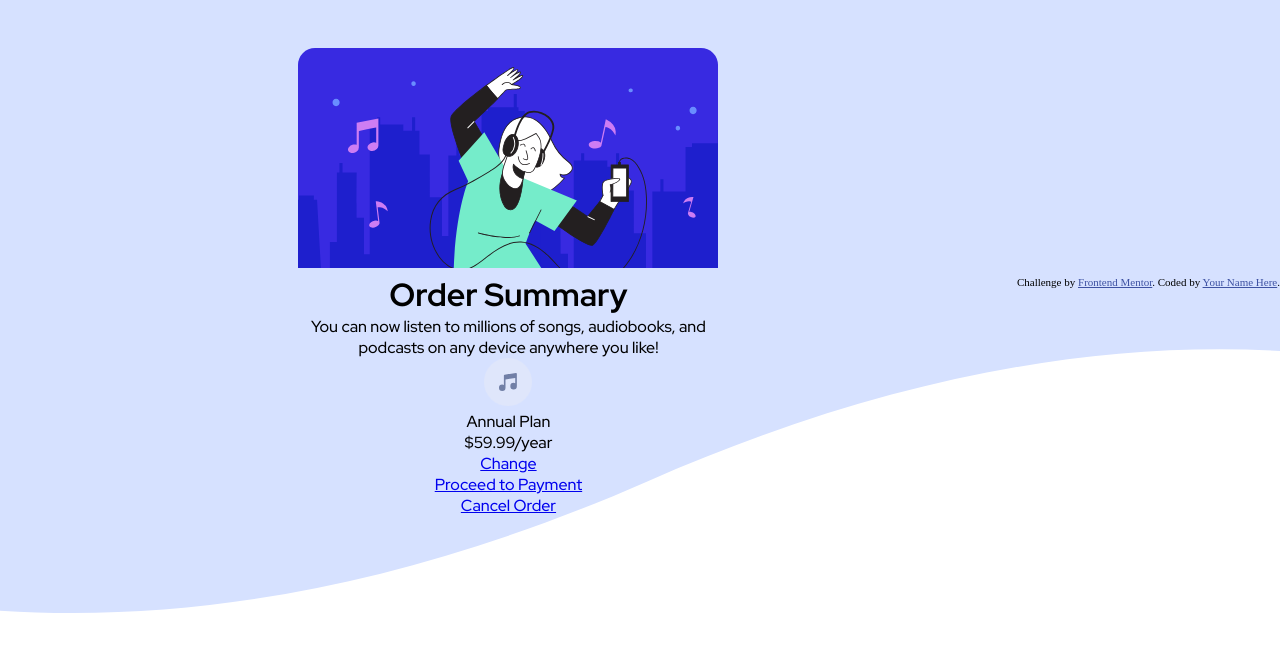
Repository: DejV44/order-summary-frontend
Page: index.html
An editor plug-in stored every save of this project. The page is shown before and after the next save, followed by the edit.
The browser window is 1280 px wide. The pictures show the whole page.
The style sheet was rebuilt from its Sass, Less or Tailwind sources for each picture, by a compiler version that may differ from the author's.

Above is the page before, as saved 2021-08-12 19:59:04.

### index.html
<!DOCTYPE html>
<html lang="en">
<head>
  <meta charset="UTF-8">
  <meta name="viewport" content="width=device-width, initial-scale=1.0">
  <link rel="stylesheet" href="css/style.css">

  <link rel="icon" type="image/png" sizes="32x32" href="./images/favicon-32x32.png">

  <title>Frontend Mentor | Order summary card</title>

</head>
<body>
  <div class="container">
    <div class="backgr">
      <img src="/images/illustration-hero.svg" alt="hero">
    </div>
    <div class="content">
      <h1>Order Summary</h1>
      <p>You can now listen to millions of songs, audiobooks, and podcasts on any
  device anywhere you like!</p>
    </div>
    <div class="price_container">
      <div class="annual">
        <img src="/images/icon-music.svg" alt="music">
        <p>Annual Plan</p>
        <p>$59.99/year</p>
      </div>
      <a href="#">Change</a>
    </div>
    <div class="button">
      <a href="#">Proceed to Payment</a>
    </div>
    <div class="cancel_button">
      <a href="#">Cancel Order</a>
    </div>

  </div>

  <div class="attribution">
    Challenge by <a href="https://www.frontendmentor.io?ref=challenge" target="_blank">Frontend Mentor</a>.
    Coded by <a href="#">Your Name Here</a>.
  </div>
</body>
</html>

### css/style.scss
* {
    margin: 0;
    padding: 0;
}
@import url('https://fonts.googleapis.com/css2?family=Red+Hat+Display:wght@500;700;900&display=swap');
@import "variables";
@import "mixins";

body {
    @include backgroundMob;
    display: flex;
    justify-content: center;
    align-items: center;
    margin: 2rem auto;
}

.container {
    @include container;
    @include border;

}





.attribution { font-size: 11px; text-align: center; }
.attribution a { color: hsl(228, 45%, 44%); }

### css/_variables.scss
// ---COLORS--

$Paleblue: hsl(225, 100%, 94%);
$Brightblue: hsl(245, 75%, 52%);
$VeryPaleBlue: hsl(225, 100%, 98%);
$Desaturatedblue: hsl(224, 41%, 36%);
$DarkBlue: hsl(223, 47%, 23%);

### css/_mixins.scss
@mixin fonts {
    font-family: 'Red Hat Display', sans-serif;
}

@mixin backgroundMob {
    background: url(/images/pattern-background-mobile.svg);
    background-repeat: no-repeat;
    background-size: cover;
    background-position: center;
}

@mixin container {
    max-width: 420px;
    margin: 1em auto;
    text-align: center;
    overflow: hidden;
    @include fonts;
}

@mixin border {
    border-radius: 17px;

}

After the next save:
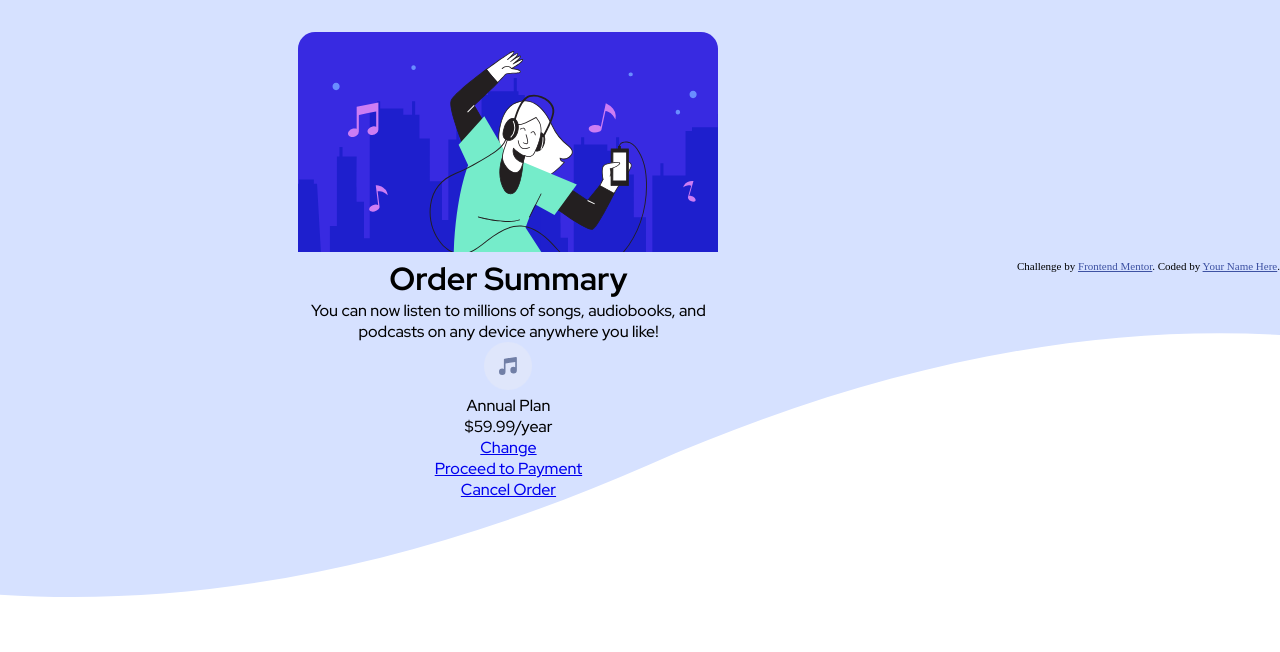
Saved 54 s later.
--- a/css/_mixins.scss
+++ b/css/_mixins.scss
@@ -11,7 +11,7 @@
 
 @mixin container {
     max-width: 420px;
-    margin: 1em auto;
+    margin: 0 auto;
     text-align: center;
     overflow: hidden;
     @include fonts;
